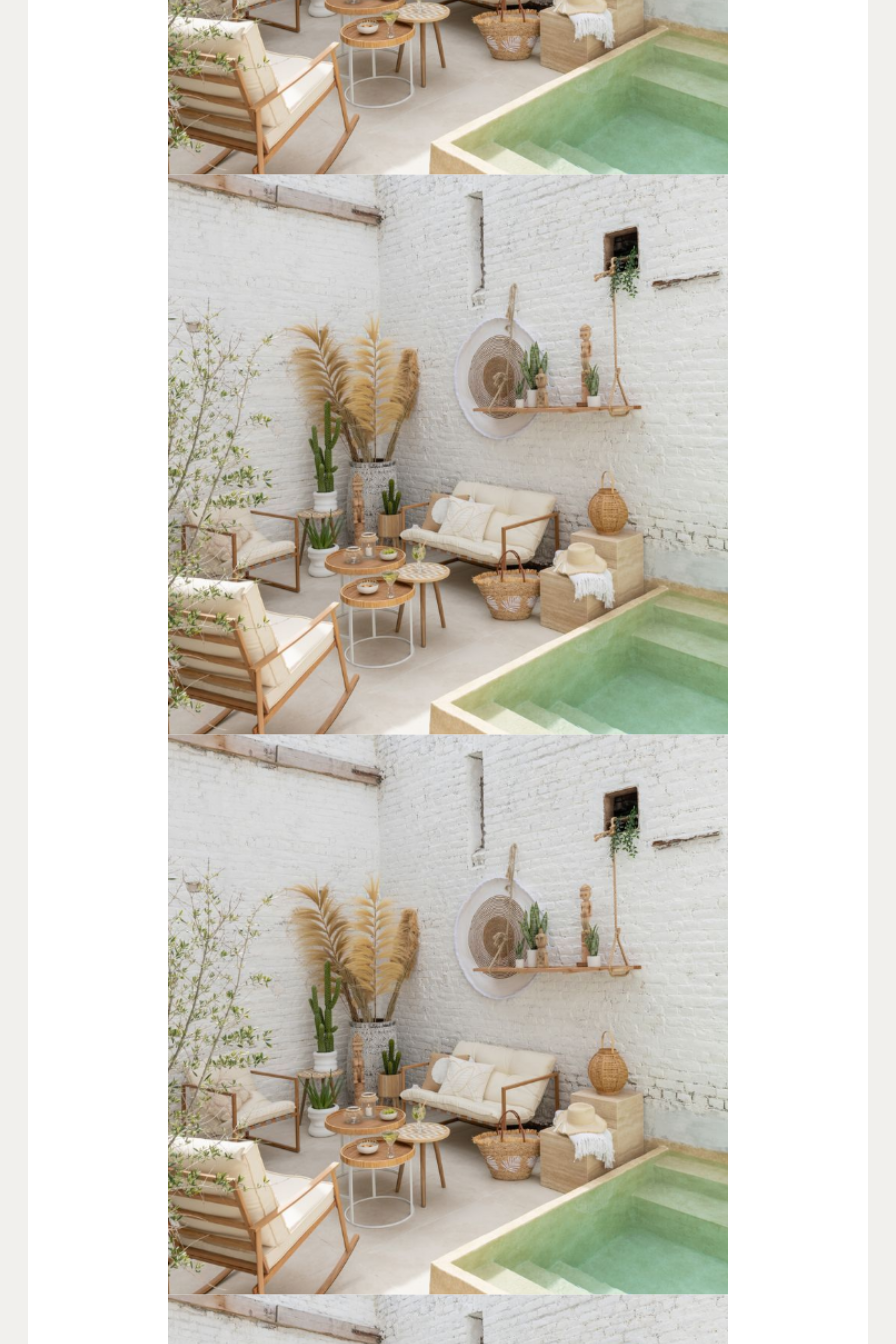
Repository: OmarDvd/proyectoDisenoInterior
Page: disenos.html
The author's editor kept a record of every edit. The page is drawn from the files as they stood at one moment, then again after the next edit.
The browser window is 1280 px wide. The pictures show the part of the page from y = 2138 to 4058 px (the page is 6388 px tall before and 7996 px after), at 70% of full size.

Above is the page before.
Console error: TypeError: Cannot set properties of null (setting 'onclick')

After the next edit:
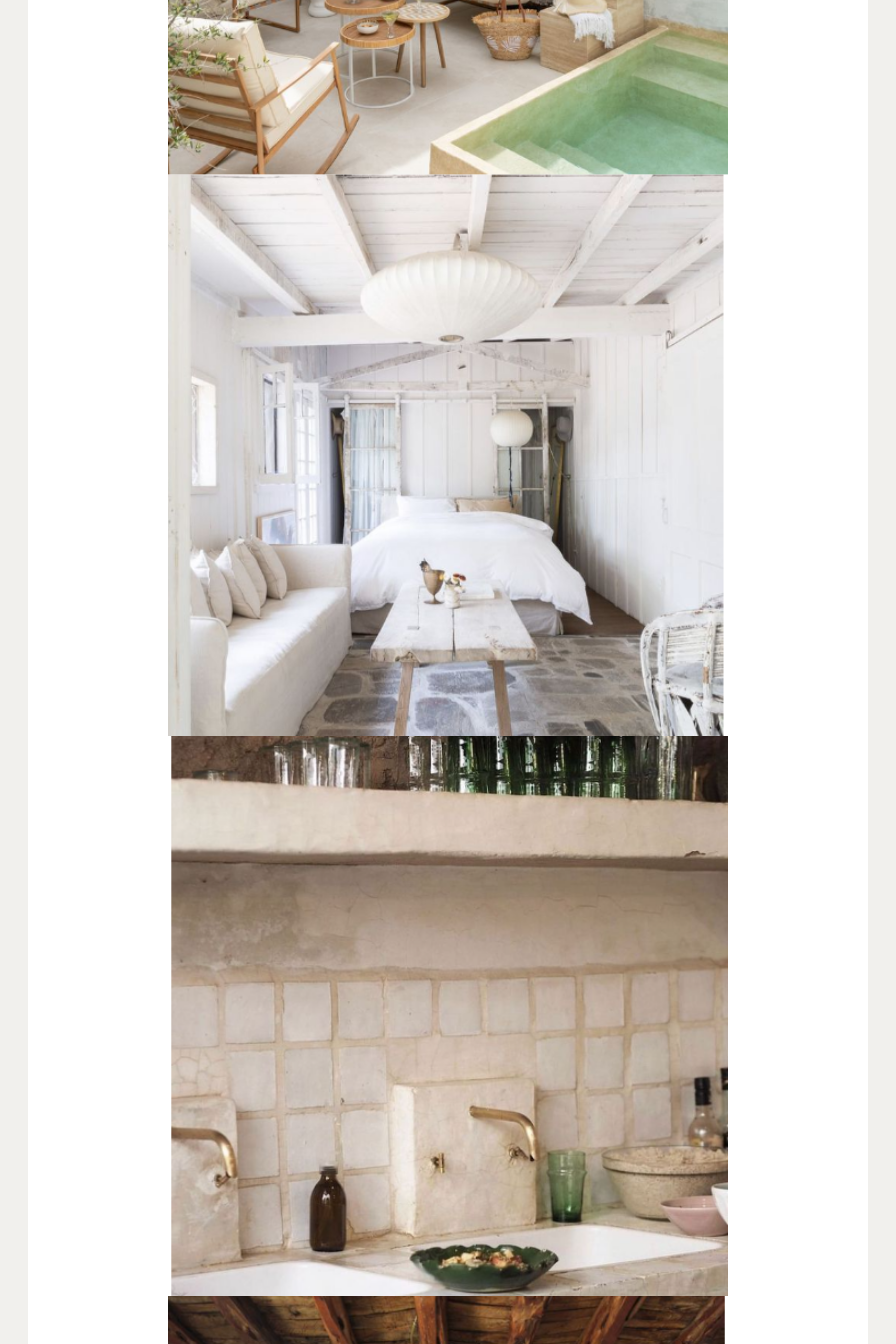
The edit:
--- a/disenos.html
+++ b/disenos.html
@@ -58,11 +58,13 @@
                 <div class="img">
                         <img src="imagenes/diseños/Captura.PNG"></img>
                         <img src="imagenes/diseños/1Captura.PNG"></img>
-                        <img src="imagenes/diseños/1Captura.PNG"></img>
-                        <img src="imagenes/diseños/1Captura.PNG"></img>
-                        <img src="imagenes/diseños/1Captura.PNG"></img>
-                        <img src="imagenes/diseños/1Captura.PNG"></img>
-                        <img src="imagenes/diseños/1Captura.PNG"></img>
+                        <img src="imagenes/diseños/2Captura.PNG"></img>
+                        <img src="imagenes/diseños/3Captura.PNG"></img>
+                        <img src="imagenes/diseños/4Captura.PNG"></img>
+                        <img src="imagenes/diseños/5Captura.PNG"></img>
+                        <img src="imagenes/diseños/6Captura.PNG"></img>
+                        <img src="imagenes/diseños/7Captura.PNG"></img>
+                        <img src="imagenes/diseños/8Captura.PNG"></img>
                 </div>
 
 
